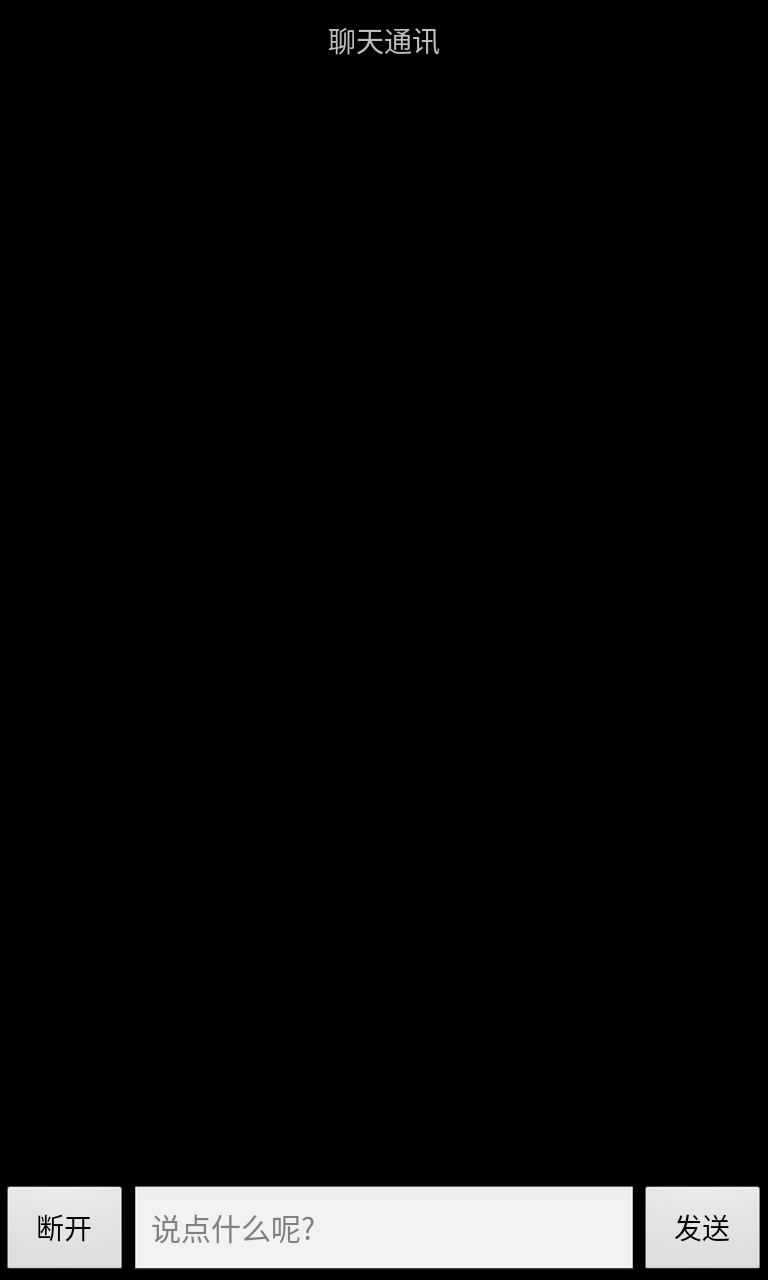
Repository: yihu0817/AndroidDemo
Layout: 蓝牙/AndroidBluetooth/res/layout/chat_layout.xml
An editor plug-in stored every save of this project. The layout is shown before and after the next save, followed by the edit.
It is drawn on a 768 x 1280 px phone screen (xhdpi) without system bars, with theme android:Theme; the app's code is not run. Lists and similar views that code fills are empty.

Above is the layout before, as saved 2015-03-20 02:13:59.

### 蓝牙/AndroidBluetooth/res/layout/chat_layout.xml
<?xml version="1.0" encoding="utf-8"?>
<RelativeLayout xmlns:android="http://schemas.android.com/apk/res/android"
   android:id = "@+id/container"
    android:orientation="vertical"
    android:layout_width="fill_parent"
    android:layout_height="fill_parent"
    >
    <TextView android:id="@+id/titletxt"
        	 android:layout_width="fill_parent"
		  android:layout_height="40dp"
		  android:gravity="center"
		  android:text="聊天通讯"/>"
    <RelativeLayout
	  android:layout_width="fill_parent"
	  android:layout_height="wrap_content"
	  android:id= "@+id/edit_bottombar"
	  android:layout_alignParentBottom = "true">

        <Button android:id="@+id/btn_disconnect"
			android:layout_width="65dp"
			android:layout_height="wrap_content"
			android:layout_alignParentLeft ="true"
			android:text="断开"/>

		<Button android:id="@+id/send_message_btn"
			android:layout_width="65dp"
			android:layout_height="wrap_content"
			android:layout_alignParentRight ="true"
			android:text="发送"/>
		<EditText
	         android:layout_width="fill_parent"
	      	 android:layout_height = "wrap_content"
	      	 android:layout_toLeftOf="@id/send_message_btn"
	      	 android:layout_toRightOf="@+id/btn_disconnect"
	      	 android:hint = "说点什么呢?"
	      	 android:textSize="15dip"
	      	 android:id = "@+id/send_message_edit"/>
	</RelativeLayout>

	 <ListView
	    android:id="@+id/list"
	    android:layout_width="fill_parent"
	    android:layout_height="fill_parent"
	    android:scrollingCache="false"
	    android:divider="#ffc6c6c6"
	    android:layout_weight="1.0"
	    android:layout_above = "@id/edit_bottombar"
	    android:layout_below="@id/titletxt"
	    />
</RelativeLayout>

After the next save:
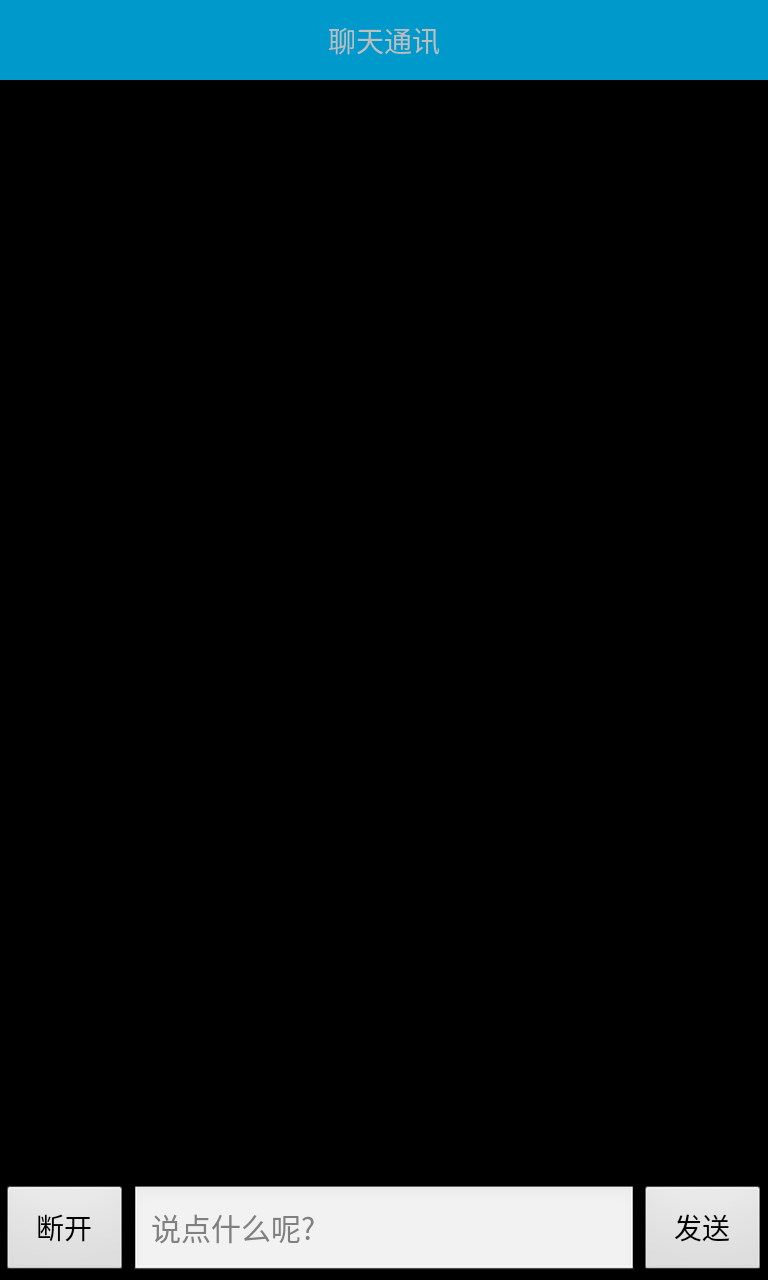
Saved 20 s later.
--- a/蓝牙/AndroidBluetooth/res/layout/chat_layout.xml
+++ b/蓝牙/AndroidBluetooth/res/layout/chat_layout.xml
@@ -9,6 +9,7 @@
         	 android:layout_width="fill_parent"
 		  android:layout_height="40dp"
 		  android:gravity="center"
+		  android:background="@android:color/holo_blue_dark"
 		  android:text="聊天通讯"/>"
     <RelativeLayout
 	  android:layout_width="fill_parent"
